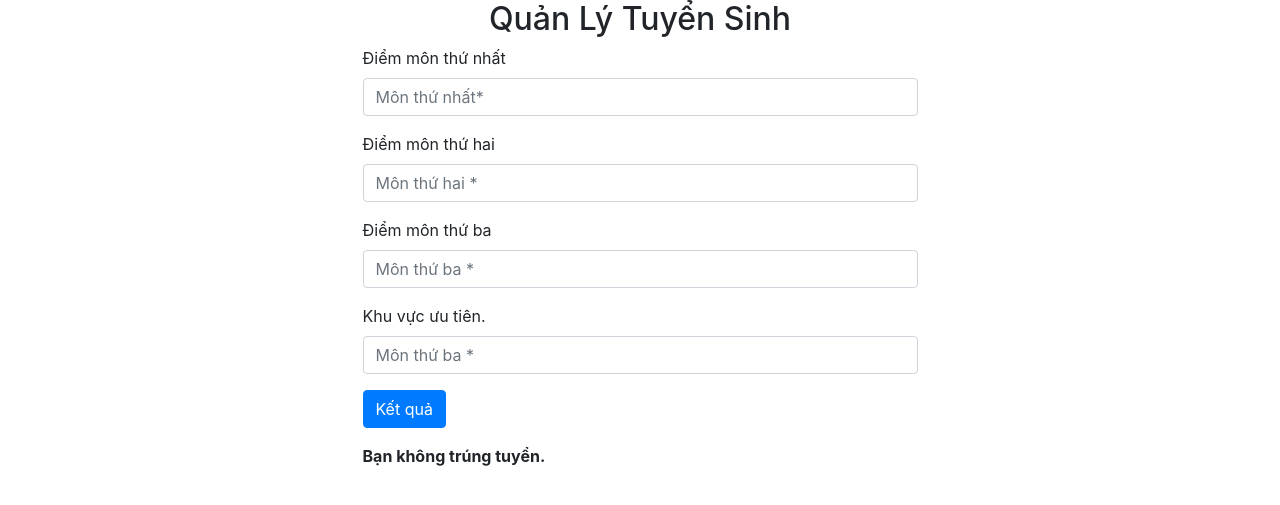
Repository: dovanthao2404/BC14_BaiTap_JS_Buoi_5_dovanthao
Page: html/bai1.html
These files come from the project's save history. The page is drawn as it stood at one moment and after the next save; the edit follows.
The browser window is 1280 px wide. The pictures show the whole page.

Above is the page before, as saved 2021-07-03 20:19:53.

### html/bai1.html
<!DOCTYPE html>
<html lang="en">

<head>
  <meta charset="UTF-8">
  <meta http-equiv="X-UA-Compatible" content="IE=edge">
  <meta name="viewport" content="width=device-width, initial-scale=1.0">
  <title>Document</title>

  <link rel="stylesheet" href="https://cdn.jsdelivr.net/npm/bootstrap@4.6.0/dist/css/bootstrap.min.css"
    integrity="sha384-B0vP5xmATw1+K9KRQjQERJvTumQW0nPEzvF6L/Z6nronJ3oUOFUFpCjEUQouq2+l" crossorigin="anonymous">
</head>

<body>

  <div class="container">
    <div class="admissions-manager">
      <form class="w-50 mx-auto">
        <h2 class="text-center">Quản Lý Tuyển Sinh</h2>
        <div class="form-group">
          <label for="scores-1">Điểm môn thứ nhất</label>
          <input class="form-control" type="text" placeholder="Môn thứ nhất*" id="scores-1">
          <span class="text-danger"></span>
        </div>
        <div class="form-group">
          <label for="scores-2">Điểm môn thứ hai</label>
          <input class="form-control" type="text" placeholder="Môn thứ hai *" id="scores-2">
          <span></span>
        </div>
        <div class="form-group">
          <label for="scores-3">Điểm môn thứ ba</label>
          <input class="form-control" type="text" placeholder="Môn thứ ba *" id="scores-3">
          <span></span>
        </div>
        <div class="form-group">

        </div>
        <label for="areaScores">Khu vực ưu tiên.</label>
        <input class="form-control" type="text" placeholder="Môn thứ ba *" id="areaScores">
        <span></span>
        <div class="form-group">

        </div>
        <button id="result" type="button" class="btn btn-primary">Kết quả</button>
      </form>
      <div class="mt-3 w-50 mx-auto">
        <b id="showResult">Bạn không trúng tuyển.</b>
      </div>
    </div>
  </div>
</body>

</html>

After the next save:
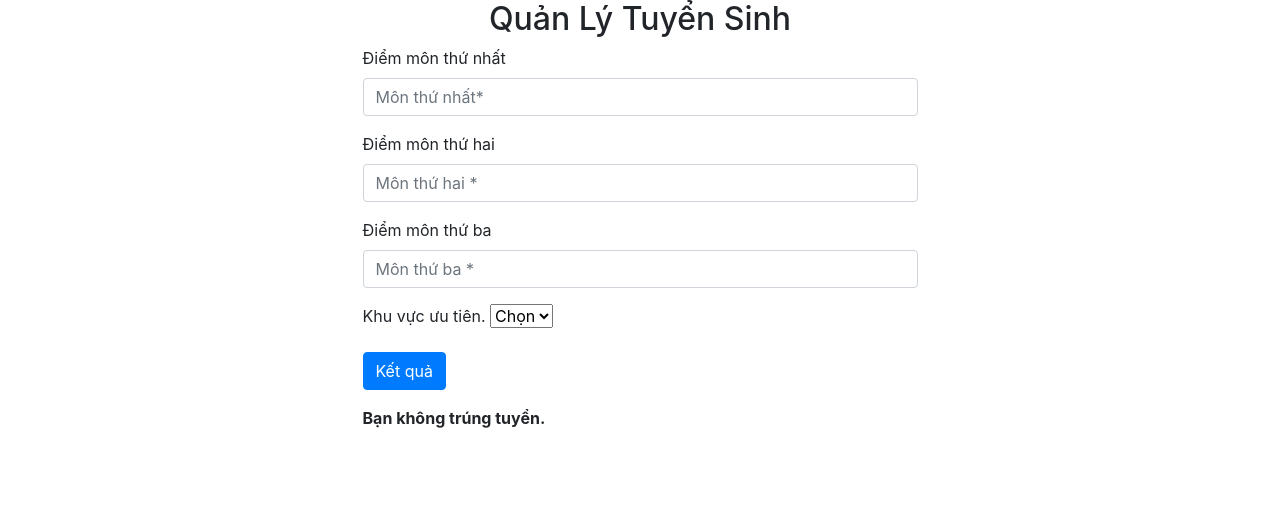
Saved 43 s later.
--- a/html/bai1.html
+++ b/html/bai1.html
@@ -36,7 +36,12 @@
 
         </div>
         <label for="areaScores">Khu vực ưu tiên.</label>
-        <input class="form-control" type="text" placeholder="Môn thứ ba *" id="areaScores">
+        <select id="area">
+          <option selected>Chọn</option>
+          <option selected>Chọn</option>
+          <option selected>Chọn</option>
+          <option selected>Chọn</option>
+        </select>
         <span></span>
         <div class="form-group">
 
